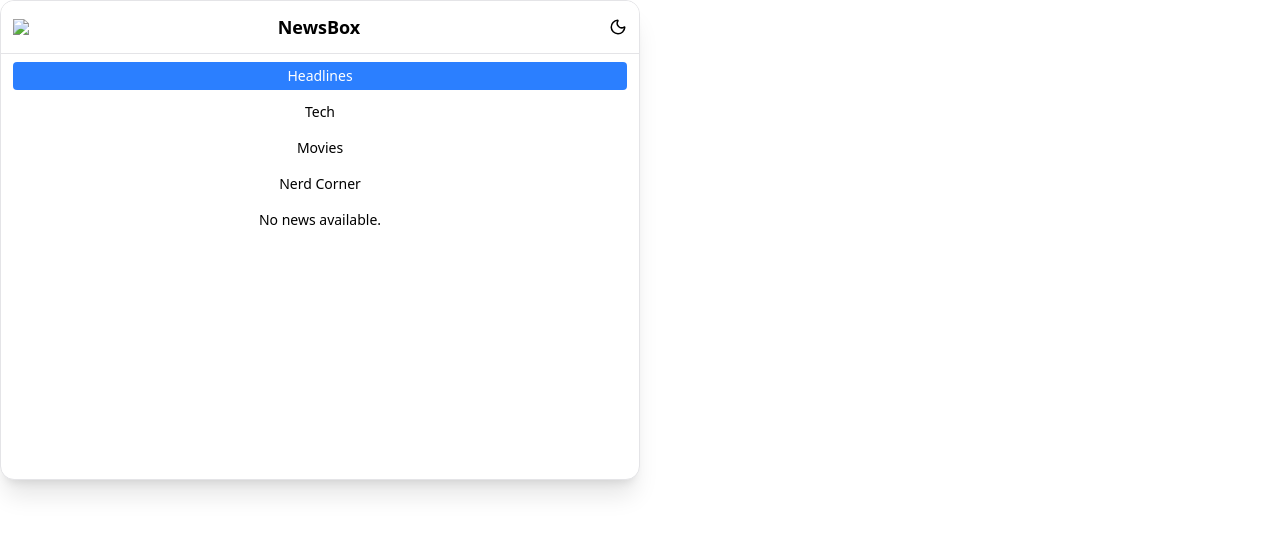
Repository: Bhuvi888/newsbox-extension
Page: /
These files come from the project's save history. The page is drawn as it stood at one moment and after a run of saves; the edit follows.
The browser window is 1280 px wide. The pictures show the whole page.
The page's requests for data from a server got no answer. The project was rebuilt for these pictures with package versions that can differ from the ones it lists, and the page was loaded fresh each time. No one was signed in, and anything a server would have sent is missing. Also part of the build but not shown: vite.config.ts. Imported but missing from the stored project, and not drawn on this page: src/components/ui/card.

Above is the page before, as saved 2025-05-29 12:59:22.

After the next 3 saves:
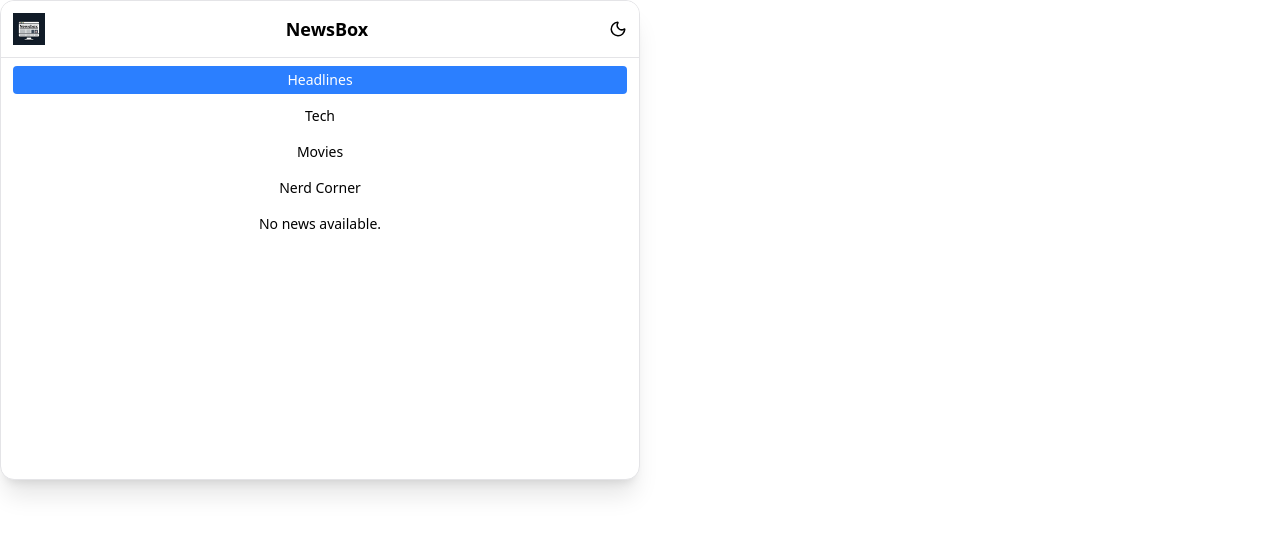
The 3 saves are shown as one change because they came seconds apart.
The last was saved 8 s later.
--- a/src/popup/App.tsx
+++ b/src/popup/App.tsx
@@ -57,7 +57,8 @@
     >
       <header className="sticky top-0 z-10 bg-inherit flex items-center justify-between p-3 border-b backdrop-blur-md">
         <img
-        src = "../../"
+        src = "../../public/icon-32.png"
+
         />
         <h1 className="text-lg font-bold font-anime">NewsBox</h1>
         <button onClick={() => setDarkMode(!darkMode)}>

After the 2 saves that followed:
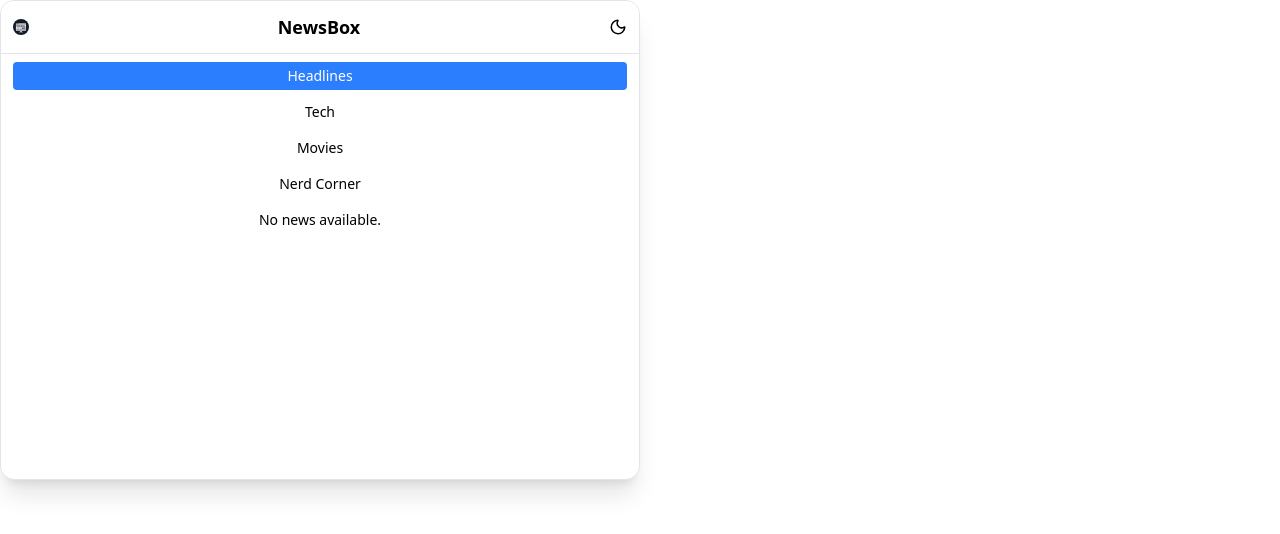
The 2 saves are shown as one change because 1 left the picture as it was.
The last was saved 12 s later.
--- a/src/popup/App.tsx
+++ b/src/popup/App.tsx
@@ -58,7 +58,7 @@
       <header className="sticky top-0 z-10 bg-inherit flex items-center justify-between p-3 border-b backdrop-blur-md">
         <img
         src = "../../public/icon-32.png"
-
+        className="w-4 h-4 rounded-full"
         />
         <h1 className="text-lg font-bold font-anime">NewsBox</h1>
         <button onClick={() => setDarkMode(!darkMode)}>
